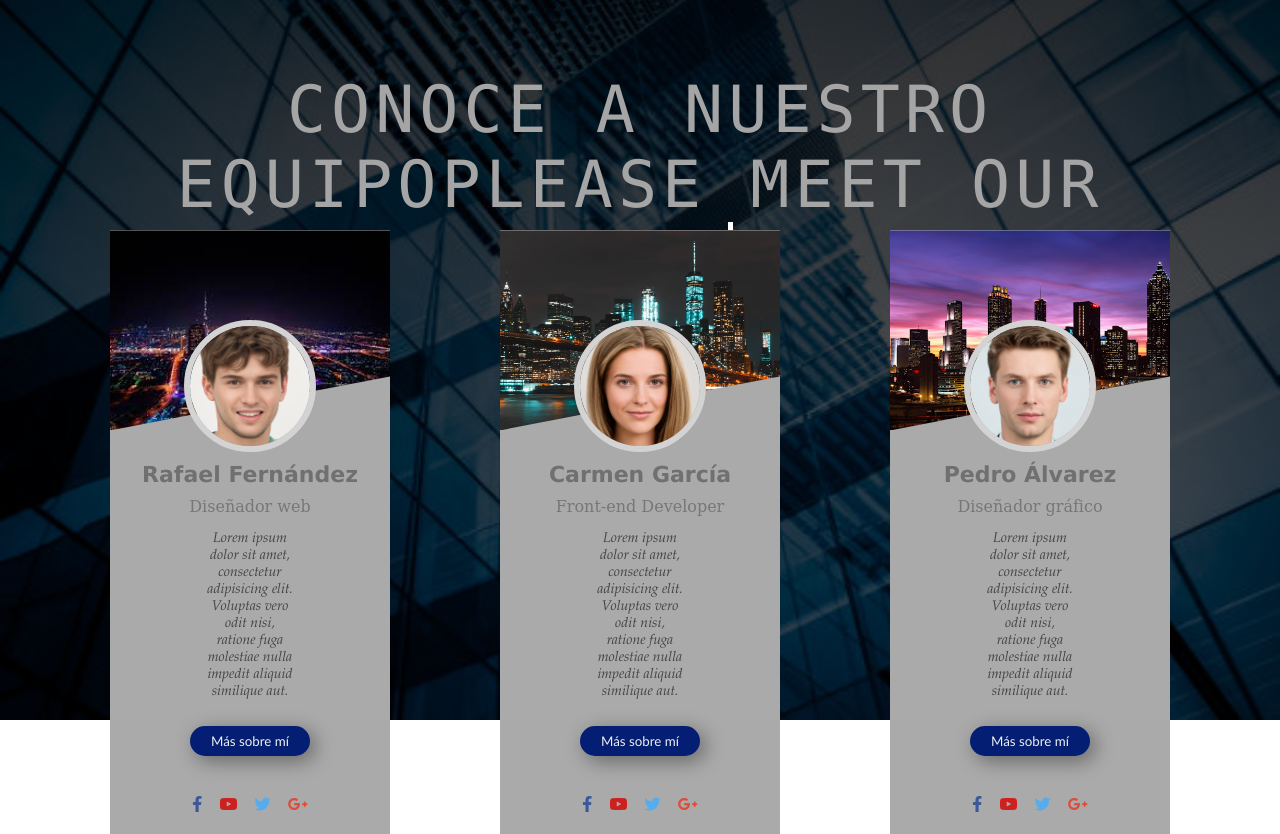
Repository: RaquelAlvarezz/Ejercicios-FormawebIV
Page: Equipo/index.html
An editor plug-in stored every save of this project. The page is shown before and after the next save, followed by the edit.
The browser window is 1280 px wide. The pictures show the whole page.

Above is the page before, as saved 2021-11-24 08:53:27.

After the next save:
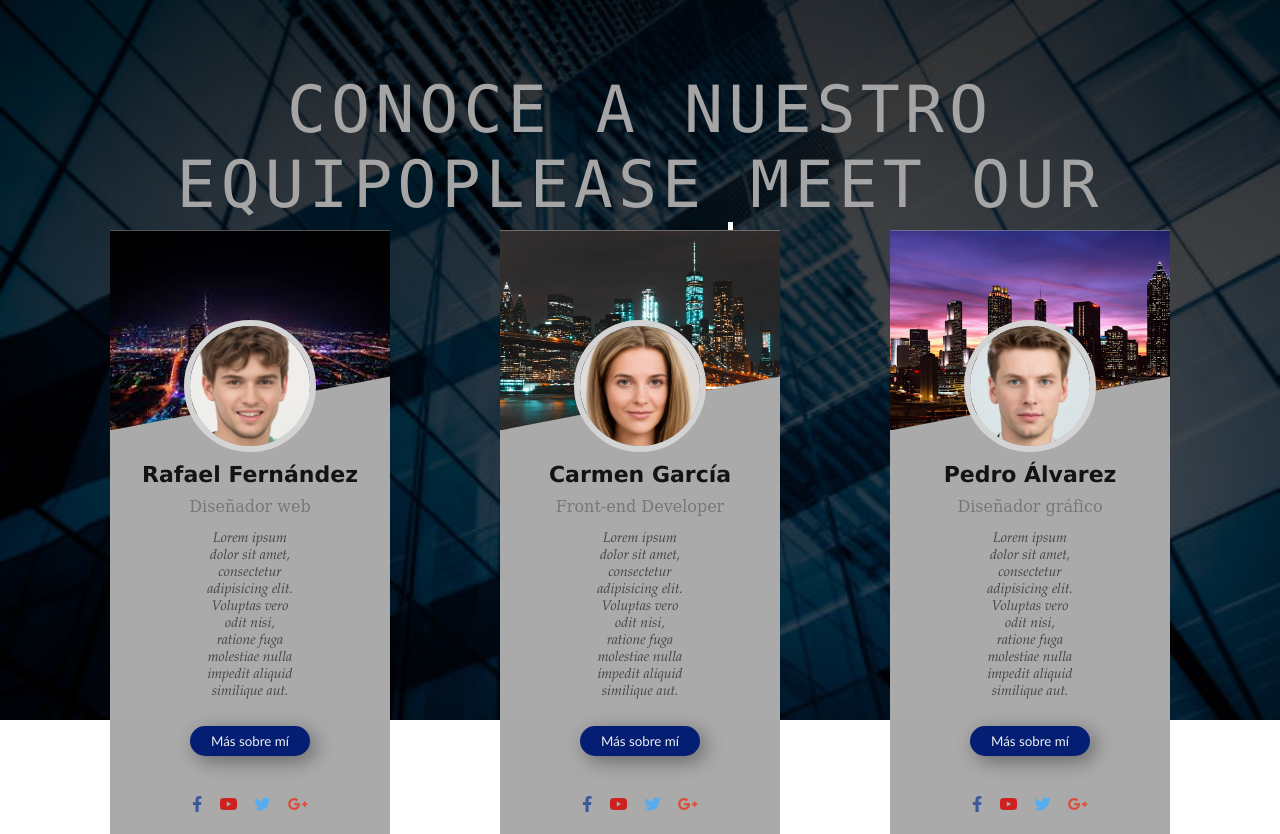
Saved 2 min 10 s later.
--- a/Equipo/css/styles.css
+++ b/Equipo/css/styles.css
@@ -104,7 +104,7 @@
 .card h1{
 	font-family:'Lucida Sans', 'Lucida Sans Regular', 'Lucida Grande', 'Lucida Sans Unicode', Geneva, Verdana, sans-serif;
 	font-size: 22px;
-	color: rgb(112, 112, 112);
+	color: rgb(19, 19, 19);
 	margin: 10px;
 }
 
